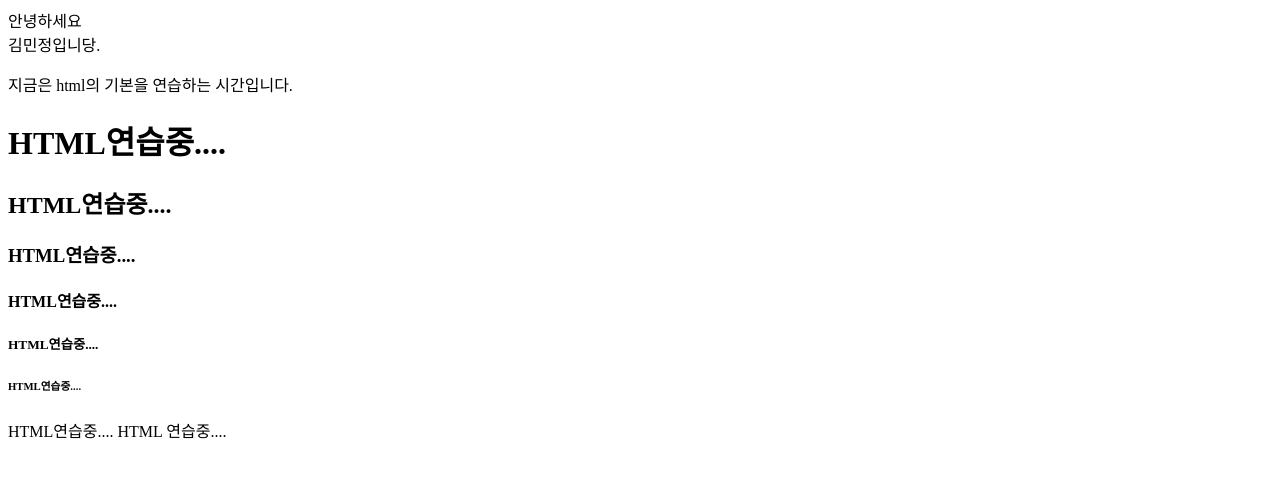
Repository: snowcuphea/webwork_class
Page: clientweb/WebContent/html/basic.html
An editor plug-in stored every save of this project. The page is shown before and after the next save, followed by the edit.
The browser window is 1280 px wide. The pictures show the whole page.

Above is the page before, as saved 2019-12-31 05:52:10.

### clientweb/WebContent/html/basic.html
<!DOCTYPE html>
<html>
	<head>
		<meta charset="EUC-KR">
		<title>기본 html연습 </title>
	</head>
	<body>
	<!-- html 주석 (클라이언트에 전송되는 주석: 주의, 중요한 내용 담지 말 것. 클라이언트가 볼 수 있다.)김민정 -->
		안녕하세요 <br/>
		김민정입니당.
		<p>지금은 html의 기본을 연습하는 시간입니다.</p>
		<h1>HTML연습중....</h1>
		<h2>HTML연습중....</h2>
		<h3>HTML연습중....</h3>
		<h4>HTML연습중....</h4>
		<h5>HTML연습중....</h5>
		<h6>HTML연습중....</h6>
		<h7>HTML연습중....</h7>
		<font>HTML 연습중....</font>
	</body>
</html>

After the next save:
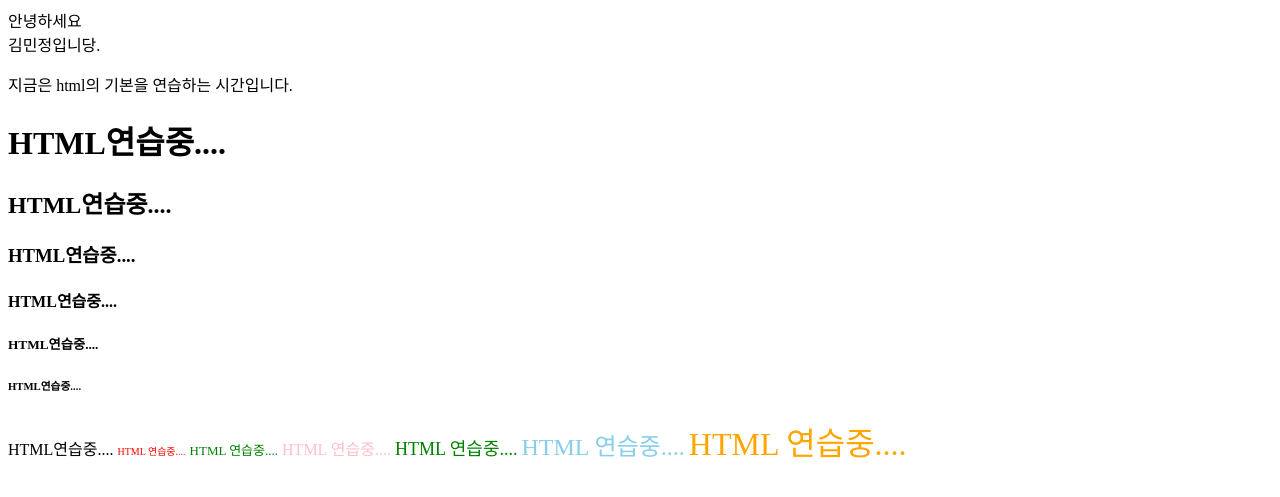
Saved 17 min 8 s later.
--- a/clientweb/WebContent/html/basic.html
+++ b/clientweb/WebContent/html/basic.html
@@ -16,6 +16,12 @@
 		<h5>HTML연습중....</h5>
 		<h6>HTML연습중....</h6>
 		<h7>HTML연습중....</h7>
-		<font>HTML 연습중....</font>
+
+		<font size = "1" color="red" face="굴림">HTML 연습중....</font>
+		<font size = "2" color="green" face="HY견고딕">HTML 연습중....</font>
+		<font size = "3" color="pink" face="궁서">HTML 연습중....</font>
+		<font size = "4" color="green" face="굴림">HTML 연습중....</font>
+		<font size = "5" color="skyblue" face="굴림">HTML 연습중....</font>
+		<font size = "6" color="orange" face="굴림">HTML 연습중....</font>
 	</body>
 </html>
